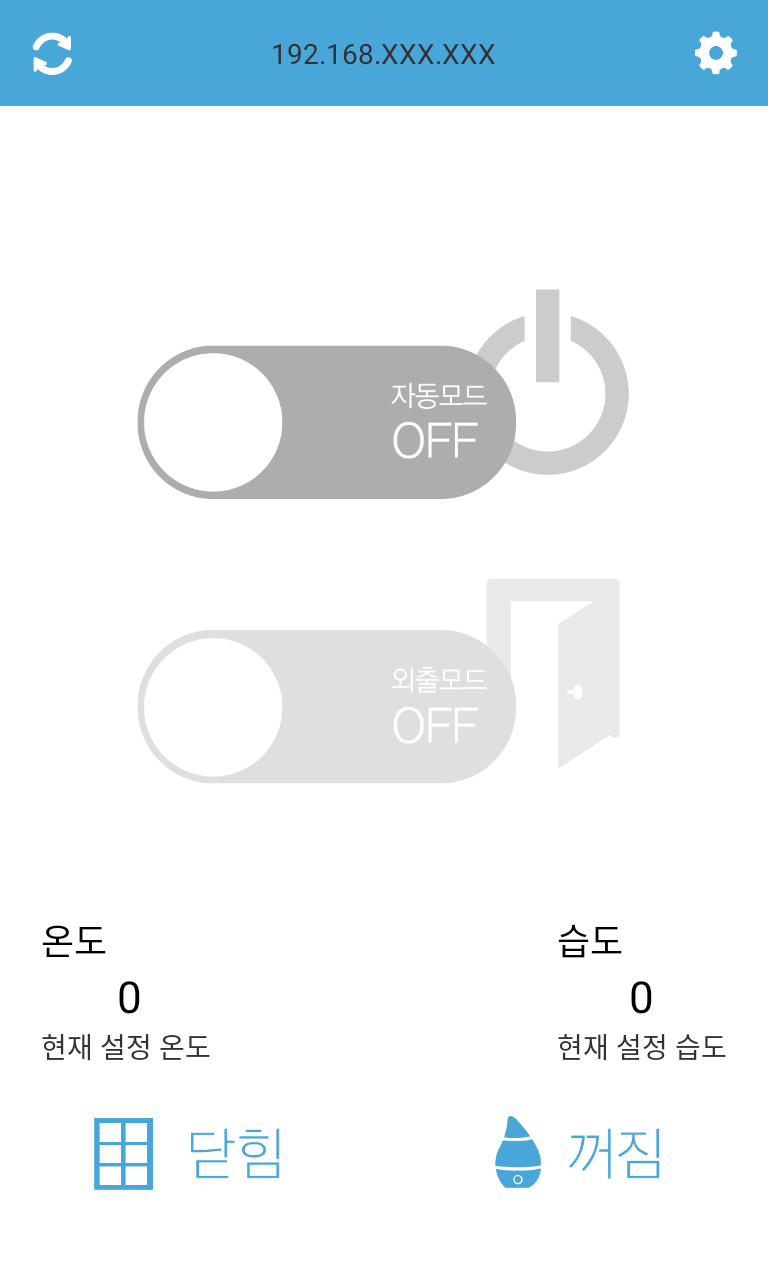
Repository: YeoeunJeong/SinNaYeo
Layout: sny_android/SinNaYeoAndroid/res/layout/activity_sin_na_yeo_main.xml
The author's editor kept a copy of each file at every save. The layout is drawn from the files as they stood at one save, then again after the next save.
It is drawn on a 768 x 1280 px phone screen (xhdpi) without system bars, with theme android:Theme.Holo.Light.NoActionBar; the app's code is not run.

Above is the layout before, as saved 2015-09-24 19:39:54.

After the next save:
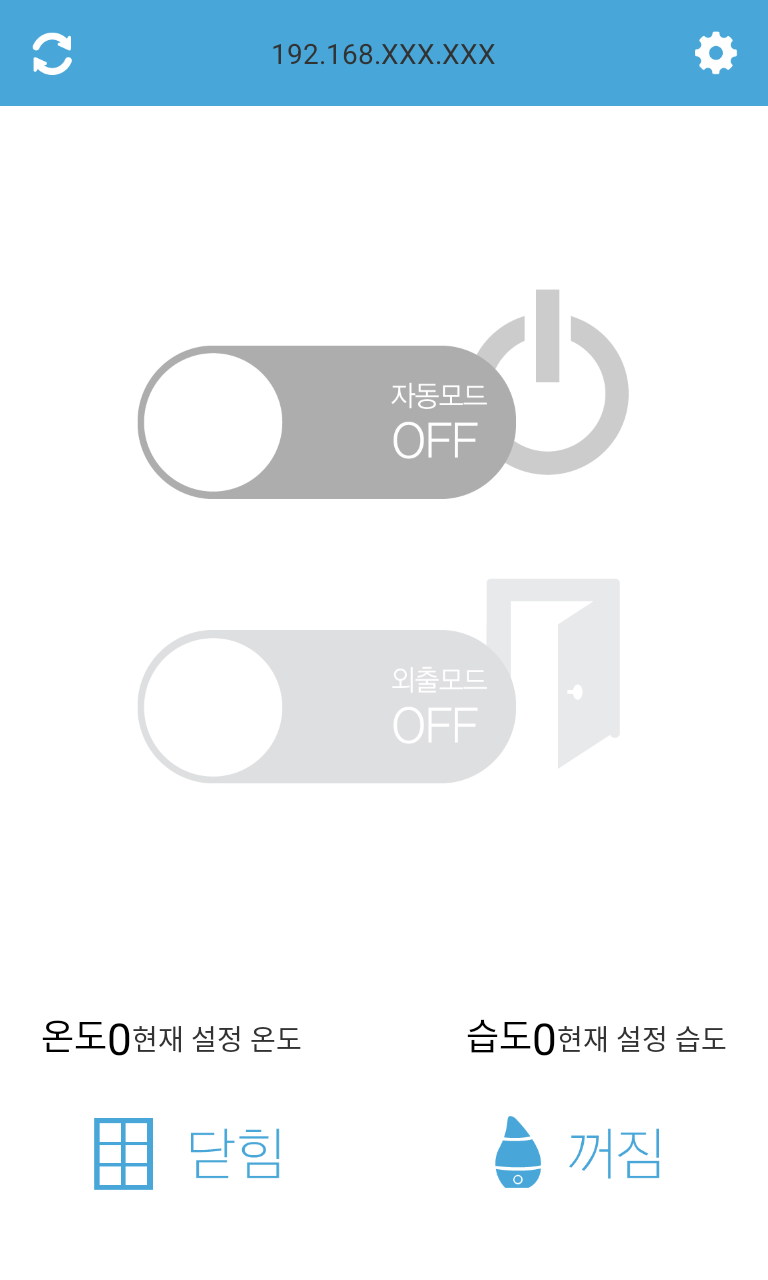
Saved 25 s later.
--- a/sny_android/SinNaYeoAndroid/res/layout/activity_sin_na_yeo_main.xml
+++ b/sny_android/SinNaYeoAndroid/res/layout/activity_sin_na_yeo_main.xml
@@ -108,7 +108,7 @@
             android:layout_alignParentLeft="true"
             android:layout_marginBottom="15.33dp"
             android:layout_marginLeft="20.67dp"
-            android:orientation="vertical" >
+            android:orientation="horizontal" >
 
             <TextView
                 android:layout_width="wrap_content"
@@ -139,7 +139,7 @@
             android:layout_alignParentRight="true"
             android:layout_marginBottom="15.33dp"
             android:layout_marginRight="20.67dp"
-            android:orientation="vertical" >
+            android:orientation="horizontal" >
 
             <TextView
                 android:layout_width="wrap_content"
